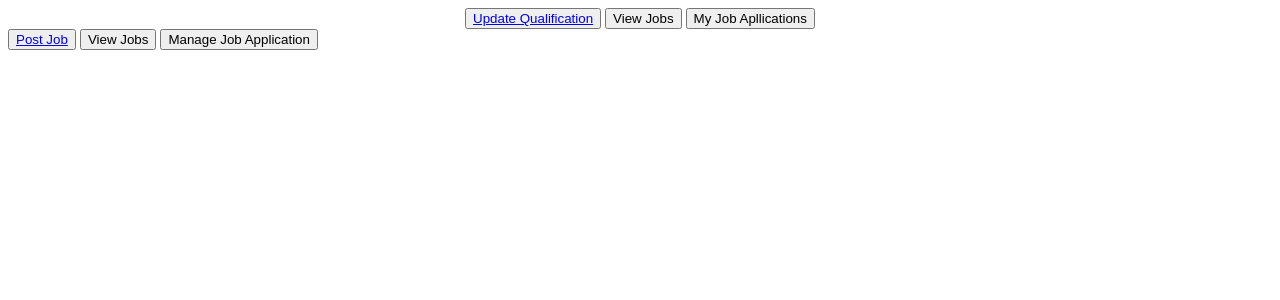
Repository: JamesArul/CLBSiteSTMT
Page: StudentsMeetFrontEnd/WebContent/Job/JobHome.html
These files come from the project's save history. The page is drawn as it stood at one moment and after the next save; the edit follows.
The browser window is 1280 px wide. The pictures show the whole page.

Above is the page before, as saved 2017-06-07 08:52:41.

### StudentsMeetFrontEnd/WebContent/Job/JobHome.html
<div ng-include="'Common/CommonHeader.html'"></div>
<div ng-controller="JobController as jtrl">
<center>
<div ng-if="isUser">
<button class="btn btn-info"><a href="#!/goUserQualification">Update Qualification</a></button>
<button class="btn btn-info" ng-click="jtrl.getJobs()">View Jobs</button>
<button class="btn btn-info" ng-click="jtrl.getUserAppl()">My Job Apllications</button>
</div>
</center>
<center></center>
<div ng-if="isAdmin">
<a href="#" data-toggle="tooltip" data-placement="top" title="Post new Job Offers in website">
<button class="btn btn-info"><a href="#!/goPostJob">Post Job</a></button>
</a>
<button class="btn btn-info" ng-click="jtrl.getJobsAdmin()">View Jobs</button>
<a href="#" data-toggle="tooltip" data-placement="top" title="Manage Job Applications of users">
<button class="btn btn-info" ng-click="jtrl.getJobApplications()">Manage Job Application</button>
</a>
</div>
</center>
</div>

After the next save:
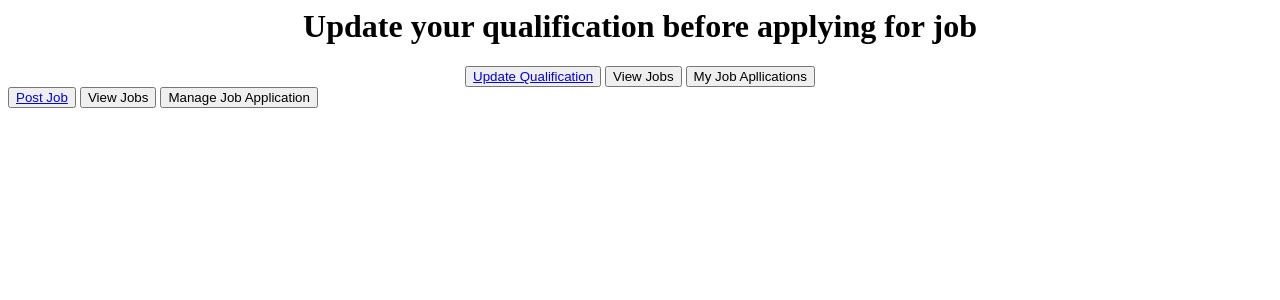
Saved 6 min 52 s later.
--- a/StudentsMeetFrontEnd/WebContent/Job/JobHome.html
+++ b/StudentsMeetFrontEnd/WebContent/Job/JobHome.html
@@ -2,6 +2,7 @@
 <div ng-controller="JobController as jtrl">
 <center>
 <div ng-if="isUser">
+<center><h1>Update your qualification before applying for job</h1></center>
 <button class="btn btn-info"><a href="#!/goUserQualification">Update Qualification</a></button>
 <button class="btn btn-info" ng-click="jtrl.getJobs()">View Jobs</button>
 <button class="btn btn-info" ng-click="jtrl.getUserAppl()">My Job Apllications</button>
